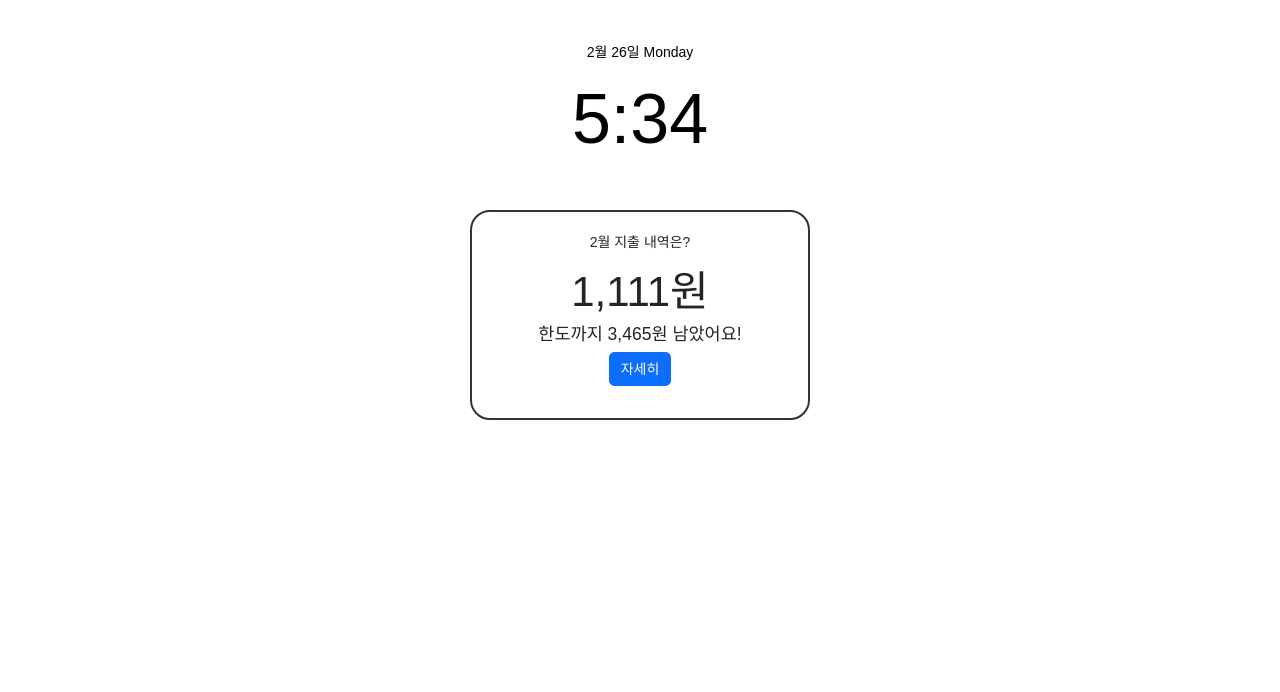
Repository: kimSummerrain/KairosHackathon
Page: venvs/karios/templates/startscreen.html
The author's editor kept a copy of each file at every save. The page is drawn from the files as they stood at one save, then again after the next save.
The browser window is 1280 px wide. The pictures show the whole page.

Above is the page before, as saved 2024-02-26 15:15:19.

After the next save:
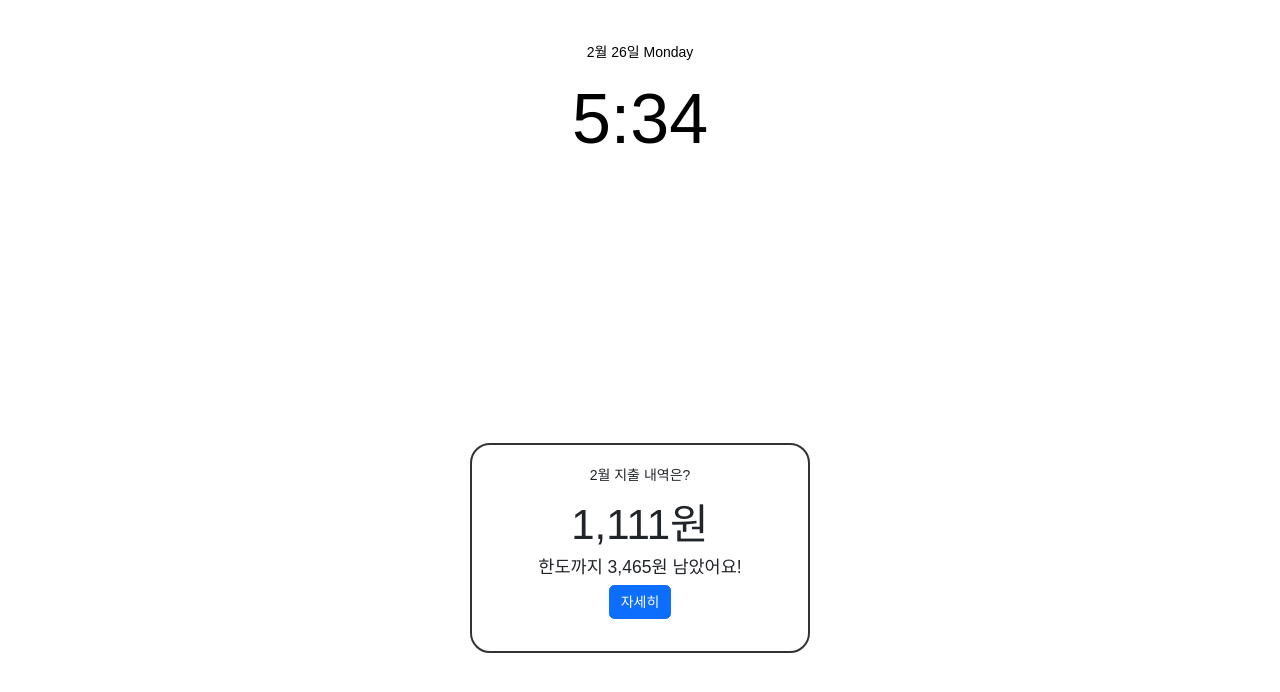
Saved 12 s later.
--- a/venvs/karios/static/css/main-style.css
+++ b/venvs/karios/static/css/main-style.css
@@ -56,3 +56,7 @@ h2 {
     font-size: 3em;
 
 }
+
+.margin-top {
+    margin-top: 240px;
+}
